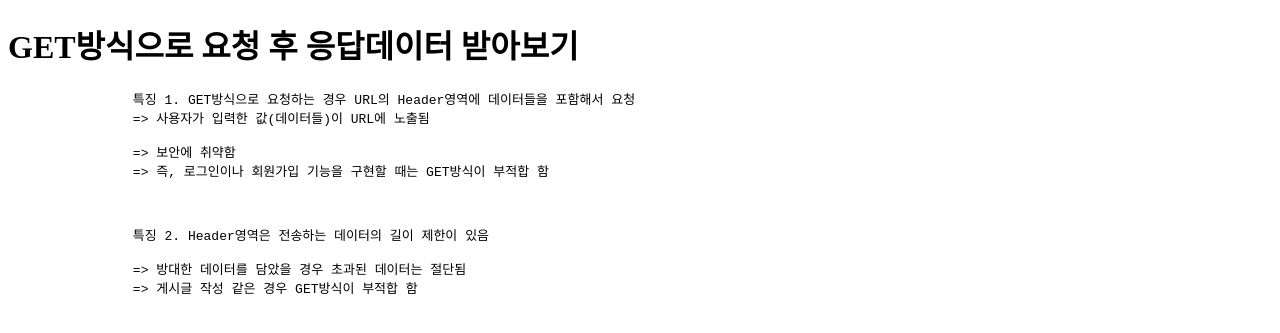
Repository: Rostreaca/0922_Web
Page: MyFirstWebProject/src/main/webapp/views/request_get.html
An editor plug-in stored every save of this project. The page is shown before and after the next save, followed by the edit.
The browser window is 1280 px wide. The pictures show the whole page.

Above is the page before, as saved 2025-09-22 07:41:51.

After the next save:
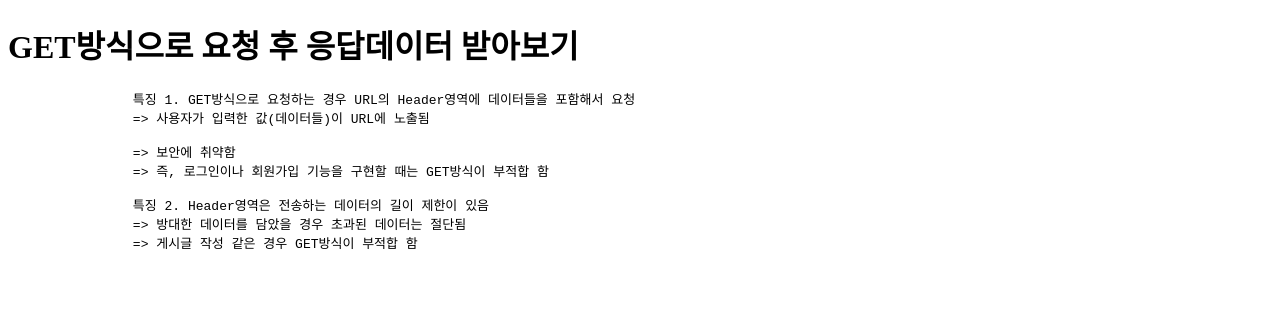
Saved 10 s later.
--- a/MyFirstWebProject/src/main/webapp/views/request_get.html
+++ b/MyFirstWebProject/src/main/webapp/views/request_get.html
@@ -17,9 +17,9 @@
 		특징 1. GET방식으로 요청하는 경우 URL의 Header영역에 데이터들을 포함해서 요청
 		=> 사용자가 입력한 값(데이터들)이 URL에 노출됨 <br>
 		=> 보안에 취약함
-		=> 즉, 로그인이나 회원가입 기능을 구현할 때는 GET방식이 부적합 함 <br><br>
+		=> 즉, 로그인이나 회원가입 기능을 구현할 때는 GET방식이 부적합 함
 
-		특징 2. Header영역은 전송하는 데이터의 길이 제한이 있음 <br>
+		특징 2. Header영역은 전송하는 데이터의 길이 제한이 있음
 		=> 방대한 데이터를 담았을 경우 초과된 데이터는 절단됨
 		=> 게시글 작성 같은 경우 GET방식이 부적합 함
 
